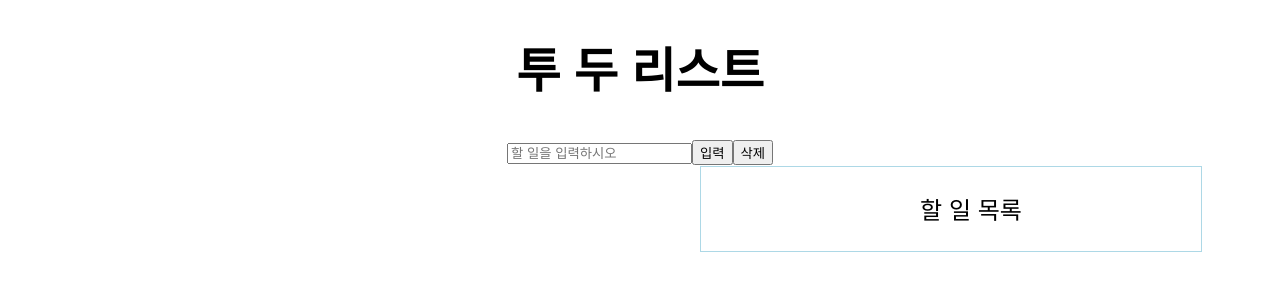
Repository: jun01270/Todo-List_React
Page: /
These files come from the project's save history. The page is drawn as it stood at one moment and after the next save; the edit follows.
The browser window is 1280 px wide. The pictures show the whole page.
The project was rebuilt for these pictures with package versions that can differ from the ones it lists, and the page was loaded fresh each time.

Above is the page before, as saved 2023-01-03 02:31:53.

### public/index.html
<!DOCTYPE html>
<html lang="en">
  <head>
    <meta charset="utf-8" />
    <link rel="preconnect" href="https://fonts.googleapis.com" />
    <link rel="preconnect" href="https://fonts.gstatic.com" crossorigin />
    <link
      href="https://fonts.googleapis.com/css2?family=Nanum+Pen+Script&display=swap"
      rel="stylesheet"
    />
    <meta name="viewport" content="width=device-width, initial-scale=1" />
    <meta name="theme-color" content="#000000" />
    <meta
      name="description"
      content="Web site created using create-react-app"
    />
    <title>React App</title>
  </head>
  <body>
    <noscript>You need to enable JavaScript to run this app.</noscript>
    <div id="root"></div>
  </body>
</html>

### src/App.js
import "./App.css";
import Todo from "./todo";

function App() {
  return (
    <>
      <Todo />
    </>
  );
}

export default App;

### src/App.css
#todo {
  font-family: "Nanum Pen Script", cursive;
  font-size: x-large;
  display: flex;
  justify-content: center;
  text-align: center;
  flex-direction: column;
}

.todo-items {
  margin-left: 700px;
  width: 500px;
  border: 1px solid lightblue;
}

### src/todo.js
import { useState } from "react";
import "./App.css";

function Todo() {
  const [inputValue, setInputValue] = useState("");
  const [todoItems, setTodoItems] = useState([]);
  const [keyValue, keyState] = useState(0);
  const [key, inputKey] = useState([]);

  const handleInput = (e) => {
    setInputValue(e.target.value);
  };

  const handleTodo = (e) => {
    setTodoItems([...todoItems, inputValue]);
    keyState(keyValue + 1);
    inputKey([...key, keyValue]);
  };

  const deleteTodo = () => {
    setTodoItems([]);
  };

  return (
    <div id="todo">
      <h1>투 두 리스트</h1>
      <div>
        <input
          type="text"
          placeholder="할 일을 입력하시오"
          onChange={handleInput}
          value={inputValue}
        ></input>
        <button onClick={handleTodo}>입력</button>
        <button onClick={deleteTodo}>삭제</button>
      </div>
      <div className="todo-items">
        <ul>할 일 목록</ul>
        {todoItems.map((todos) => (
          <div id={keyValue}>{todos}</div>
        ))}
      </div>
    </div>
  );
}

export default Todo;

Loaded but not shown: src/index.js (common file); src/index.css (common file); src/reportWebVitals.js (common file)

After the next save:
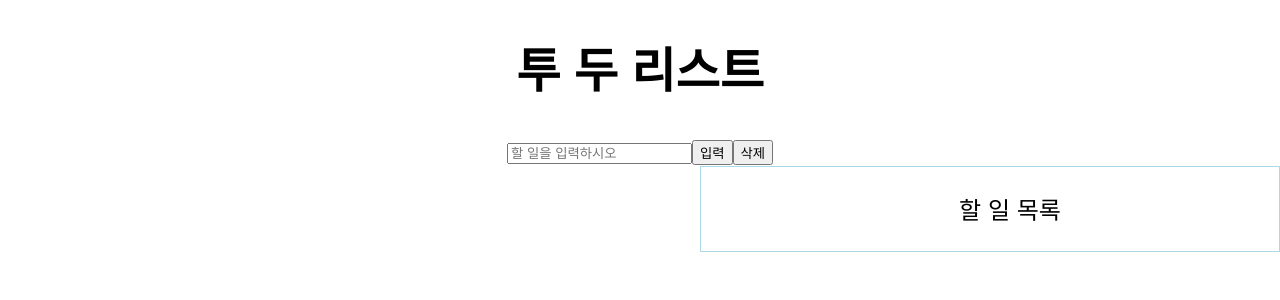
Saved 11 s later.
--- a/src/App.css
+++ b/src/App.css
@@ -9,6 +9,5 @@
 
 .todo-items {
   margin-left: 700px;
-  width: 500px;
   border: 1px solid lightblue;
 }
